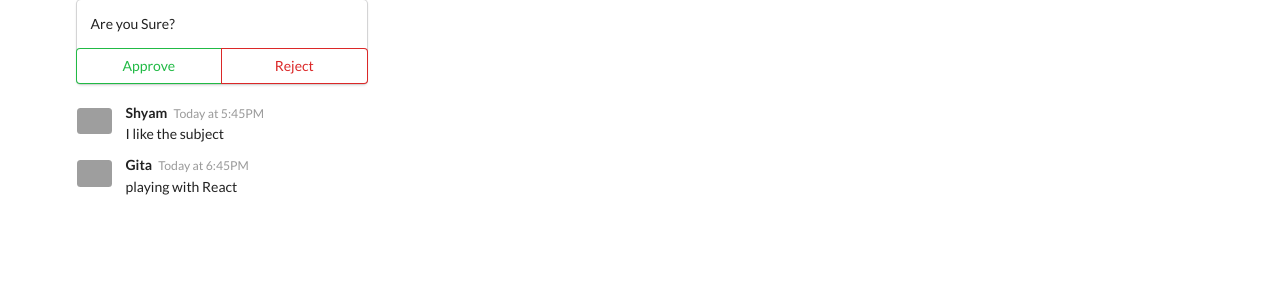
Repository: striver-69/Comments-App
Page: /
These files come from the project's save history. The page is drawn as it stood at one moment and after the next save; the edit follows.
The browser window is 1280 px wide. The pictures show the whole page.
Pictures or frames that could not be fetched are drawn as grey boxes. The project was rebuilt for these pictures with package versions that can differ from the ones it lists, and the page was loaded fresh each time.

Above is the page before, as saved 2021-03-02 04:57:57.

### src/index.js
import React from 'react'
import ReactDOM from 'react-dom'
import CommentDetail from './CommentDetail'
import ApprovalCard from './ApprovalCard'

const App=()=>{
  return (
    <div className="ui container comments">
      <ApprovalCard>
        <CommentDetail author="Ram" timeAgo="Today at 4:45PM" content="Nice blog post" />
      </ApprovalCard>
      <CommentDetail author="Shyam" timeAgo="Today at 5:45PM" content="I like the subject" />
      <CommentDetail author="Gita" timeAgo="Today at 6:45PM" content="playing with React" />
    </div>
  )
}

ReactDOM.render(<App/>,document.querySelector('#root'))

### src/CommentDetail.js
import React from 'react'
import faker from 'faker'

export default function CommentDetail(props) {
  return (
    <div className="comment">
        <a href="/" className="avatar">
        <img alt="avatar" src={faker.image.image()} />
        </a>
        <div className="content">
          <a href="/" className="author">
            {props.author}
          </a>
          <div className="metadata">
            <span className="date">{props.timeAgo}</span>
          </div>
          <div className="text">
            {props.content}
          </div>
        </div>
      </div>
  )
}

### src/ApprovalCard.js
import React from 'react'

export default function ApprovalCard(props) {
  console.log(props.children)
  return (
    <div className="ui card">
      <div className="content">Are you Sure?</div>
      <div className="ui two buttons">
        <div className="ui basic green button">
          Approve
        </div>
        <div className="ui basic red button">
          Reject
        </div>
      </div>
    </div>
  )
}

Loaded but not shown: public/index.html (common file)

After the next save:
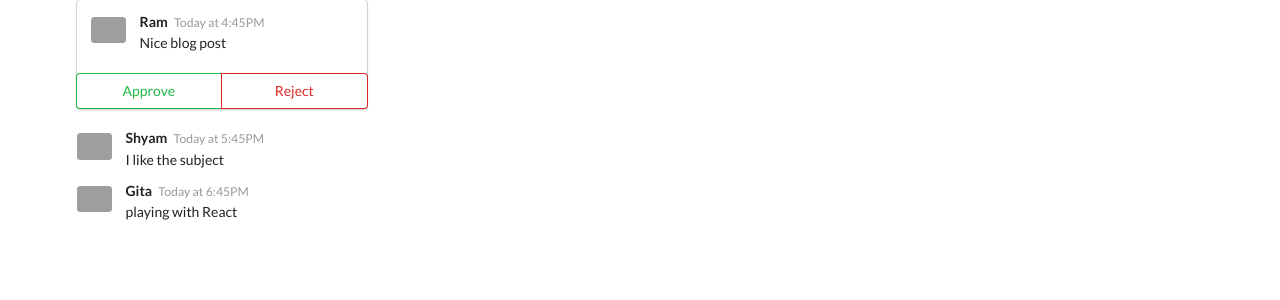
Saved 39 s later.
--- a/src/ApprovalCard.js
+++ b/src/ApprovalCard.js
@@ -4,7 +4,7 @@ export default function ApprovalCard(props) {
   console.log(props.children)
   return (
     <div className="ui card">
-      <div className="content">Are you Sure?</div>
+      <div className="content">{props.children}</div>
       <div className="ui two buttons">
         <div className="ui basic green button">
           Approve
